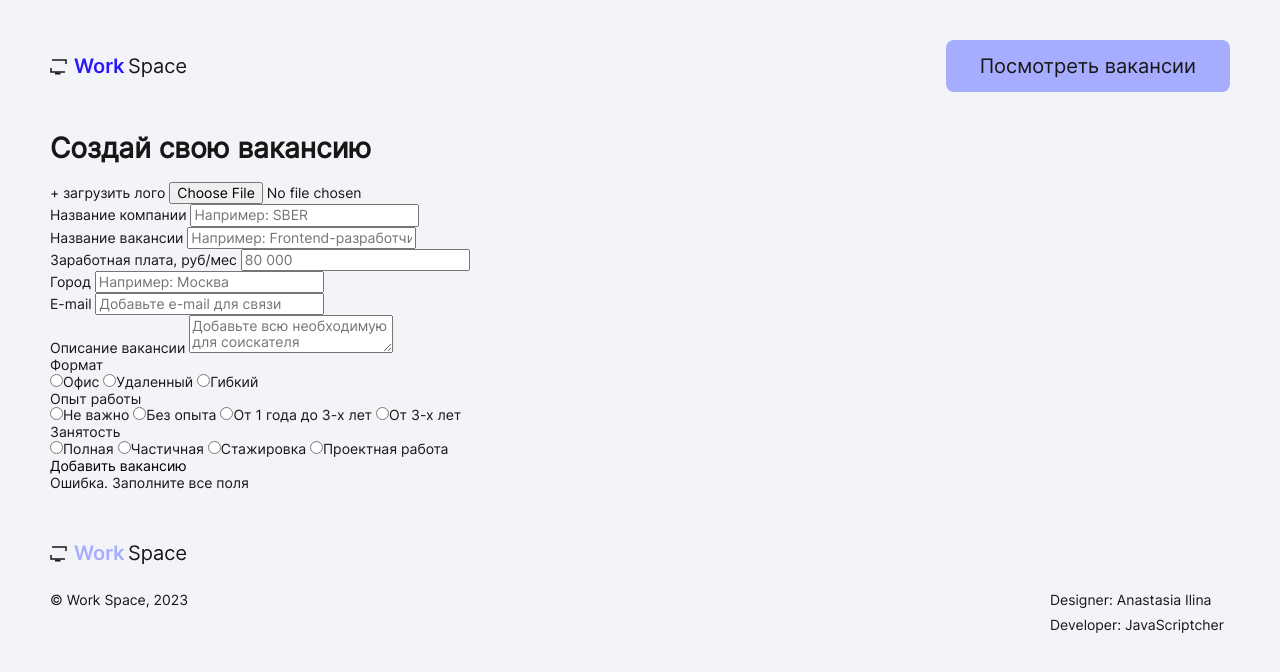
Repository: alexboagreek/workspace_js
Page: employer.html
The author's editor kept a copy of each file at every save. The page is drawn from the files as they stood at one save, then again after a run of saves.
The browser window is 1280 px wide. The pictures show the whole page.

Above is the page before, as saved 2023-09-13 07:48:52.
Console error: TypeError: Cannot read properties of null (reading 'addEventListener')

### employer.html
<!DOCTYPE html>
<html lang="ru">
  <head>
    <meta charset="UTF-8" />
    <meta name="viewport" content="width=device-width, initial-scale=1.0" />
    <title>Workspace - добавить вакансию</title>

    <link rel="stylesheet" href="index.css" />

    <script src="js/choices.min.js" defer></script>
    <script src="js/script.js" defer></script>
  </head>

  <body>
    <header class="header">
      <div class="container header__container">
        <img class="header__logo" src="img/logo.svg" alt="Логитип WorkSpace" />

        <a class="header__link" href="#vacancies">Посмотреть вакансии</a>
      </div>
    </header>

    <main>
      <section class="employer">
        <div class="container">
          <h1 class="employer__title">Создай свою вакансию</h1>

          <form class="employer__form">
            <div class="employer__file file">
              <div class="file__wrap-preview">
                <img src="#" alt="" class="file__preview" />
              </div>

              <div class="file__wrap-btn">
                <label for="logo" class="file__label"> + загрузить лого </label>
                <input
                  name="logo"
                  type="file"
                  class="file__input"
                  id="logo"
                  accept="image/png, image/jpeg"
                />
              </div>

              <fieldset class="employer__fildset">
                <div class="employer__wrap-input">
                  <label class="employer__label" for="company"
                    >Название компании</label
                  >

                  <input
                    type="text"
                    class="employer__input"
                    id="company"
                    name="company"
                    placeholder="Например: SBER"
                  />
                </div>
              </fieldset>

              <fieldset class="employer__fieldset-input">
                <div class="employer__wrap-input">
                  <label class="employer__label" for="title"
                    >Название вакансии</label
                  >

                  <input
                    type="text"
                    class="employer__input"
                    id="title"
                    name="title"
                    placeholder="Например: Frontend-разработчик"
                  />
                </div>
              </fieldset>

              <fieldset class="employer__fildset">
                <div class="employer__wrap-input">
                  <label class="employer__label" for="salary"
                    >Заработная плата, руб/мес</label
                  >

                  <input
                    type="number"
                    class="employer__input"
                    id="salary"
                    name="salary"
                    placeholder="80 000"
                  />
                </div>
              </fieldset>

              <fieldset class="employer__fildset">
                <div class="employer__wrap-input">
                  <label class="employer__label" for="location">Город</label>

                  <input
                    type="text"
                    class="employer__input"
                    id="location"
                    name="location"
                    placeholder="Например: Москва"
                  />
                </div>
              </fieldset>

              <fieldset class="employer__fildset">
                <div class="employer__wrap-input">
                  <label class="employer__label" for="email">E-mail</label>

                  <input
                    type="email"
                    class="employer__input"
                    id="email"
                    name="email"
                    placeholder="Добавьте e-mail для связи"
                  />
                </div>
              </fieldset>
            </div>

            <fieldset class="employer__fieldset-textarea">
              <label class="employer__label" for="description"
                >Описание вакансии</label
              >

              <textarea
                class="employer__textarea"
                name="description"
                id="description"
                placeholder="Добавьте всю необходимую для соискателя информацию"
              ></textarea>
            </fieldset>

            <div class="employer__radio-buttons">
              <fieldset class="employer__fieldset-radio">
                <legend class="employer__legend">Формат</legend>

                <label class="employer__label-radio radio">
                  <input
                    type="radio"
                    class="radio__input"
                    name="format"
                    value="Офис"
                  />Офис
                </label>

                <label class="employer__label-radio radio">
                  <input
                    type="radio"
                    class="radio__input"
                    name="format"
                    value="Удаленный"
                  />Удаленный
                </label>

                <label class="employer__label-radio radio">
                  <input
                    type="radio"
                    class="radio__input"
                    name="format"
                    value="Гибкий"
                  />Гибкий
                </label>
              </fieldset>

              <fieldset class="employer__fieldset-radio">
                <legend class="employer__legend">Опыт работы</legend>

                <label class="employer__label-radio radio">
                  <input
                    type="radio"
                    class="radio__input"
                    name="experience"
                    value="Не важно"
                  />Не важно
                </label>

                <label class="employer__label-radio radio">
                  <input
                    type="radio"
                    class="radio__input"
                    name="experience"
                    value="Без опыта"
                  />Без опыта
                </label>

                <label class="employer__label-radio radio">
                  <input
                    type="radio"
                    class="radio__input"
                    name="experience"
                    value="От 1 года до 3-х лет"
                  />От 1 года до 3-х лет
                </label>

                <label class="employer__label-radio radio">
                  <input
                    type="radio"
                    class="radio__input"
                    name="experience"
                    value="От 3-х лет"
                  />От 3-х лет
                </label>
              </fieldset>

              <fieldset class="employer__fieldset-radio">
                <legend class="employer__legend">Занятость</legend>

                <label class="employer__label-radio radio">
                  <input
                    type="radio"
                    class="radio__input"
                    name="type"
                    value="Полная"
                  />Полная
                </label>

                <label class="employer__label-radio radio">
                  <input
                    type="radio"
                    class="radio__input"
                    name="type"
                    value="Частичная"
                  />Частичная
                </label>

                <label class="employer__label-radio radio">
                  <input
                    type="radio"
                    class="radio__input"
                    name="type"
                    value="Стажировка"
                  />Стажировка
                </label>

                <label class="employer__label-radio radio">
                  <input
                    type="radio"
                    class="radio__input"
                    name="type"
                    value="Проектная работа"
                  />Проектная работа
                </label>
              </fieldset>
            </div>

            <div class="employer__wrap-submit">
              <button class="employer__submit" type="submit">Добавить вакансию</button>
              <div class="employer__error">Ошибка. Заполните все поля</div>
            </div>
          </form>
        </div>
      </section>
    </main>

    <footer class="footer">
      <div class="container footer__container">
        <img
          class="footer__logo"
          src="img/logo-footer.svg"
          alt="Логотип WorkSpace"
        />

        <p class="footer__copyright">© Work Space, 2023</p>

        <ul class="footer__contacts">
          <li class="footer__contact">
            Designer:
            <a class="footer__link" href="#">Anastasia Ilina</a>
          </li>
          <li class="footer__contact">
            Developer:
            <a class="footer__link" href="#">JavaScriptcher</a>
          </li>
        </ul>
      </div>
    </footer>
  </body>
</html>

### index.css
@import "style/normalize.css";
@import "style/choices.min.css";
@import "style/style.css";
@import "style/header.css";
@import "style/hero.css";
@import "style/vacancies.css";
@import "style/filter.css";
@import "style/choices.css";
@import "style/checkbox.css";
@import "style/cards.css";
@import "style/vacancy.css";
@import "style/footer.css";
@import "style/modal.css";
@import "style/detail.css";

### style/style.css
@font-face {
  font-family: Inter;
  font-weight: 400;
  src: url("../fonts/inter-regular.woff2") format("woff2"),
    url("../fonts/inter-regular.woff") format("woff");
}

html {
  scroll-behavior: smooth;
  position: relative;
  box-sizing: border-box;
}

*,
*:before,
*:after {
  box-sizing: inherit;
}

body {
  min-width: 320px;
  min-height: 100vh;
  font-family: Inter, sans-serif;
  font-size: 14px;
  color: #171717;
  background-color: #f3f4f8;
  line-height: 1.2;
}

img,
svg {
  max-width: 100%;
  max-height: 100%;
  height: auto;
}

button {
  padding: 0;
  border: 0;
  cursor: pointer;
  background-color: transparent;
}

a {
  text-decoration: none;
  color: inherit;
}

ul {
  padding: 0;
  margin: 0;
  list-style: none;
}

h1,
h2,
h3,
p {
  margin: 0;
}

fieldset {
  padding: 0;
  margin: 0;
  border: 0;
}

.visually-hidden {
  position: fixed;
  transform: scale(0);
}

.container {
  --width: 1180px;
  --padding: 30px;
  max-width: calc(var(--width) + var(--padding) * 2);
  margin: 0 auto;
  padding: 0 var(--padding);
}

.blue-text {
  color: #2a18ff;
}

@media (max-width: 1140px) {
  .container {
    --width: 880px;
  }
}

@media (max-width: 940px) {
  .container {
    --width: 680px;
  }
}

@media (max-width: 640px) {
  .container {
    --padding: 15px;
  }
}

### style/header.css
.header {
  padding: 40px 0;
}

.header__container {
  display: flex;
  align-items: center;
  justify-content: space-between;
}

.header__links {
  display: flex;
  gap: 8px;
  flex-wrap: wrap;
}

.header__link {
  padding: 12px 32px;
  border-radius: 8px;
  background-color: #a6adff;
  font-size: 20px;
  border: 2px solid transparent;
  transition-property: color, background-color;
  transition-duration: 0.2s;
  transition-timing-function: ease-in-out;
}

.header__link_o {
  background-color: transparent;
  border: 2px solid #A6ADFF;
}

.header__link:focus-visible {
  border-color: #4f58be;
}

.header__link:hover {
  color: #fff;
  background-color: #2a18ff;
}

@media (max-width: 1140px) {
  .header {
    padding: 32px 0 40px;
  }
}

@media (max-width: 940px) {
  .header {
    padding: 24px 0 30px;
  }

  .header__link {
    padding: 8px 23px;
    font-size: 14px;
  }
}

@media (max-width: 640px) {
  .header {
    padding: 24px 0 20px;
  }

  .header__link {
    display: none;
  }
}

### style/hero.css
.hero {
  padding: 60px 0 50px;
}

.hero__container {
  position: relative;
  padding-top: 57px;
  padding-bottom: 57px;
}

.hero__container:after {
  content: "";
  position: absolute;
  right: -9px;
  top: 0;
  bottom: 0;
  width: 421px;
  background: url("../img/laptop.png") no-repeat center/contain;
}

.hero__title {
  position: relative;
  z-index: 2;
  max-width: 780px;
  font-size: 90px;
  letter-spacing: 1.8px;
  text-transform: uppercase;
}

@media (max-width: 1140px) {
  .hero {
    padding: 40px 0;
  }

  .hero__container {
    padding-top: 53px;
    padding-bottom: 53px;
  }

  .hero__container:after {
    width: 340px;
  }

  .hero__title {
    max-width: 580px;
    font-size: 64px;
    letter-spacing: 1.28px;
  }
}

@media (max-width: 940px) {
  .hero {
    padding: 30px 0;
  }

  .hero__container {
    padding-top: 40px;
    padding-bottom: 40px;
  }

  .hero__container:after {
    width: 269px;
  }

  .hero__title {
    max-width: 450px;
    font-size: 52px;
    letter-spacing: 1.04px;
  }
}

@media (max-width: 640px) {
  .hero {
    padding-top: 20px;
    padding-bottom: 10px;
  }

  .hero__container {
    padding-top: 0;
    padding-bottom: 234px;
  }

  .hero__title {
    max-width: 290px;
    text-align: center;
    margin: 0 auto;
    font-size: 32px;
  }

  .hero__container:after {
    right: auto;
    top: auto;
    height: 269px;
    left: 50%;
    transform: translateX(-50%);
    background-position: bottom;
  }
}

### style/vacancies.css
.vacancies {
  padding: 50px 0;
}

.vacancies__container {
  display: flex;
  align-items: start;
  gap: 24px 20px;
}

.vacancies__filter-btn {
  display: none;
}

.vacancies__filter {
  flex: 0 0 280px;
}

.vacancies__cards {
  flex-basis: 100%;
}

@media (max-width: 1140px) {
  .vacancies {
    padding: 40px 0;
  }
}

@media (max-width: 940px) {
  .vacancies {
    padding: 30px 0;
  }

  .vacancies__container {
    flex-direction: column;
    row-gap: 0;
  }

  .vacancies__filter-btn {
    display: flex;
    align-items: center;
    margin-bottom: 24px;
    transition-property: margin-bottom, color;
    transition-duration: 0.2s, 0.3s;
    transition-timing-function: ease-in-out;
    transition-delay: 0.2s, 0s;
    color: #2a18ff;
    line-height: 20px;
  }

  .vacancies__filter-btn:hover:not(:focus) {
    color: #a6adff;
  }

  .vacancies__filter-btn-arrow {
    position: relative;
    top: -2px;
    display: block;
    width: 20px;
    height: 20px;
  }

  .vacancies__filter-btn_active {
    margin-bottom: 32px;
    transition-delay: 0s;
  }

  .vacancies__filter-btn_active .vacancies__filter-btn-arrow {
    transform: rotate(180deg);
    top: 2px;
  }

  .vacancies__filter {
    width: 100%;
    flex-basis: auto;
    height: 0;
    overflow: hidden;
    transition: height 0.4s ease-in-out;
  }

  .vacancies__filter_active {
    height: auto;
    margin-bottom: 40px;
  }

  .vacancies__cards {
    width: 100%;
  }
}

@media (max-width: 640px) {
  .vacancies__filter-btn_active {
    margin-bottom: 24px;
  }
}

### style/filter.css
.filter {
  position: relative;
}

.filter__reset {
  position: absolute;
  top: 7px;
  right: 0;
  color: #ccc;
}

.filter__title {
  font-size: 20px;
  font-weight: 400;
  margin-bottom: 32px;
}

.filter__form {
  display: flex;
  flex-direction: column;
  gap: 32px;
}

.filter__fieldset {
  display: flex;
  flex-direction: column;
  align-items: start;
}

.filter__legend {
  margin-bottom: 12px;
}

.filter__select {
  width: 100%;
}

.filter__range {
  display: flex;
  align-items: center;
  justify-content: space-between;
  gap: 10px;
}

.filter__label:not(:last-child) {
  margin-bottom: 8px;
}

.filter__input {
  flex: 1 1 50%;
  width: 100%;
  padding: 0 16px;
  height: 32px;
  border: 0;
}

.filter__input::placeholder {
  color: #ccc;
}

.filter__checkboxes {
  display: flex;
  flex-direction: column;
  gap: 32px;
}

.filter__button {
  padding: 8px 24px;
  border-radius: 4px;
  background-color: #a6adff;
  border: 2px solid transparent;
  transition-property: color, background-color;
  transition-duration: 0.2s;
  transition-timing-function: ease-in-out;
}

.filter__button:focus-visible {
  border-color: #4f58be;
}

.filter__button:hover {
  color: #fff;
  background-color: #2a18ff;
}

@media (max-width: 940px) {
  .filter__title {
    position: fixed;
    transform: scale(0);
  }

  .filter__input {
    max-width: 140px;
  }

  .filter__checkboxes {
    display: grid;
    grid-template-columns: repeat(auto-fit, minmax(180px, 1fr));
    gap: 24px 70px;
  }

  .filter__buttons {
    display: flex;
    gap: 16px;
    align-items: center;
  }

  .filter__reset {
    position: static;
  }
}

### style/choices.css
.choices {
  width: 100%;
}

.choices__inner {
  background-color: #fff;
  padding: 6px 16px;
  min-height: 32px;
  border: 0;
}

.choices__list--single {
  padding: 0;
}

.choices[data-type*="select-one"]::after {
  width: 20px;
  height: 20px;
  background: url("../img/arrow.svg") no-repeat center/contain;
  border: 0;
  top: 6px;
  right: 16px;
  margin-top: 0;
}

.choices[data-type*="select-one"].is-open::after {
  transform: rotate(180deg);
  margin-top: 0;
}

### style/checkbox.css
.checkbox {
  position: relative;
  display: block;
  line-height: 20px;
  padding-left: 28px;
}

.checkbox__input {
  -webkit-appearance: none;
  -moz-appearance: none;
  appearance: none;
  position: absolute;
  width: 20px;
  height: 20px;
  left: 0;
  top: 0;
  bottom: 0;
  background-color: #fff;
  border-radius: 4px;
}

.checkbox__input:after {
  content: "";
  position: absolute;
  inset: 0;
  display: block;
  background: url("../img/check.svg") no-repeat center;
  opacity: 0;
  transition: opacity 0.2s ease-in-out;
}

.checkbox__input:checked:after {
  opacity: 1;
}

.checkbox__input:focus-visible {
  outline: none;
  box-shadow: 0px 2px 10px rgba(0, 0, 0, 0.25);
}

.checkbox__input:hover:not(:disabled) {
  box-shadow: 0px 2px 10px rgba(166, 173, 255, 0.55);
}

.checkbox__input:disabled {
  background-color: #ccc;
}

### style/cards.css
.cards__list {
  display: grid;
  grid-template-columns: repeat(auto-fit, minmax(280px, 1fr));
  gap: 20px;
}

@media (max-width: 940px) {
  .cards__list {
    grid-template-columns: repeat(auto-fit, minmax(220px, 1fr));
    gap: 10px;
  }
}

### style/vacancy.css
.vacancy {
  border-radius: 16px;
  background-color: #fff;
  padding: 16px;
  height: 100%;
  cursor: pointer;
  outline: none;
  border: 2px solid transparent;
}

.vacancy:hover {
  background-color: #f9faff;
}

.vacancy:focus-visible {
  border-color: #a6adff;
}

.vacancy__img {
  max-height: 44px;
  margin-bottom: 12px;
  display: block;
}

.vacancy__company {
  font-size: 20px;
  margin-bottom: 8px;
}

.vacancy__title {
  display: inline-block;
  padding: 3px 5px;
  font-size: 14px;
  font-weight: 400;
  border-radius: 4px;
  background-color: #eaecff;
  margin-bottom: 8px;
}

.vacancy__field {
  color: #ccc;
}

### style/footer.css
.footer {
  padding: 50px 0 40px;
}

.footer__container {
  display: grid;
  gap: 27px;
  grid-template-areas:
    "logo ."
    "copyright contacts";
}

.footer__logo {
  grid-area: logo;
}

.footer__copyright {
  grid-area: copyright;
}

.footer__contacts {
  grid-area: contacts;
  justify-self: end;
  min-width: 180px;
}

.footer__contact {
  margin-bottom: 8px;
}

.footer__contact:last-child {
  margin-bottom: 0;
}

.footer__link:hover {
  color: brown;
}

@media (max-width: 1140px) {
  .footer {
    padding: 40px 0 32px;
  }
}

@media (max-width: 940px) {
  .footer {
    padding: 30px 0 24px;
  }
}

@media (max-width: 640px) {
  .footer {
    padding-top: 20px;
  }

  .footer__container {
    grid-template-areas:
      "logo"
      "copyright"
      "contacts";
  }

  .footer__contacts {
    justify-self: start;
  }
}

### style/modal.css
.modal {
  position: fixed;
  z-index: 10;
  inset: 0;
  background-color: rgba(0, 0, 0, 0.5);
  cursor: pointer;
  padding: 30px;
  overflow-y: auto;
  display: flex;
}

.modal__main {
  position: relative;
  margin: auto;
  cursor: default;
}

.modal__close {
  background-color: transparent;
  border: none;
  cursor: pointer;
  position: absolute;
  top: 12px;
  right: 12px;
  padding: 0;
  line-height: 0;
  outline: 1px solid transparent;
  border-radius: 3px;
}

.modal__close:focus-visible {
  outline-color: gray;
}

@media (max-width: 640px) {
  .modal {
    padding: 30px 15px;
  }
}

### style/detail.css
.detail {
  max-width: 780px;
  border-radius: 16px;
  box-shadow: 0px 10px 50px 0px rgba(4, 0, 49, 0.1);
  background: #fff url("../img/likemen.png") no-repeat bottom right;
  background-size: 150px;
  padding: 36px 36px 80px;
}

.detail__header {
  display: grid;
  grid-template-columns: 101px 1fr;
  gap: 12px 20px;
  margin-bottom: 32px;
}

.detail__logo {
  width: 100%;
  max-height: 101px;
  grid-row: 1 / 3;
  align-self: center;
  justify-self: start;
}

.detail__company {
  font-size: 32px;
  letter-spacing: 0.64px;
  align-self: end;
  justify-self: start;
}

.detail__title {
  font-size: 20px;
  font-weight: 400;
  align-self: start;
  justify-self: start;
  border-radius: 4px;
  background-color: #eaecff;
  padding: 5px 10px;
}

.detail__main {
  display: flex;
  gap: 20px;
  margin-bottom: 32px;
}

.detail__description {
  max-width: 465px;
  line-height: 1.4;
}

.detail__fields {
  display: flex;
  flex-direction: column;
  align-items: start;
  gap: 4px;
}

.detail__field {
  padding: 3px 10px;
  border-radius: 30px;
  background-color: #eaecff;
}

.detail__resume {
  line-height: 1.4;
}

@media (max-width: 940px) {
  .detail {
    max-width: 680px;
    padding: 24px 24px 72px;
  }

  .detail__main {
    gap: 10px;
  }

  .detail__description {
    max-width: 418px;
  }
}

@media (max-width: 640px) {
  .detail {
    padding: 24px 15px;
    background-image: none;
  }

  .detail__header {
    grid-template-columns: 60px 1fr;
    gap: 4px 8px;
    margin-bottom: 24px;
  }

  .detail__company {
    font-size: 20px;
    letter-spacing: 0.4px;
  }

  .detail__title {
    font-size: 12px;
  }

  .detail__main {
    flex-direction: column;
    gap: 24px;
    margin-bottom: 24px;
  }

  .detail__description {
    max-width: 100%;
  }
}

Loaded but not shown: js/choices.min.js (library); style/normalize.css (library); style/choices.min.css (library); js/script.js (300 lines, source omitted)

After the next 2 saves:
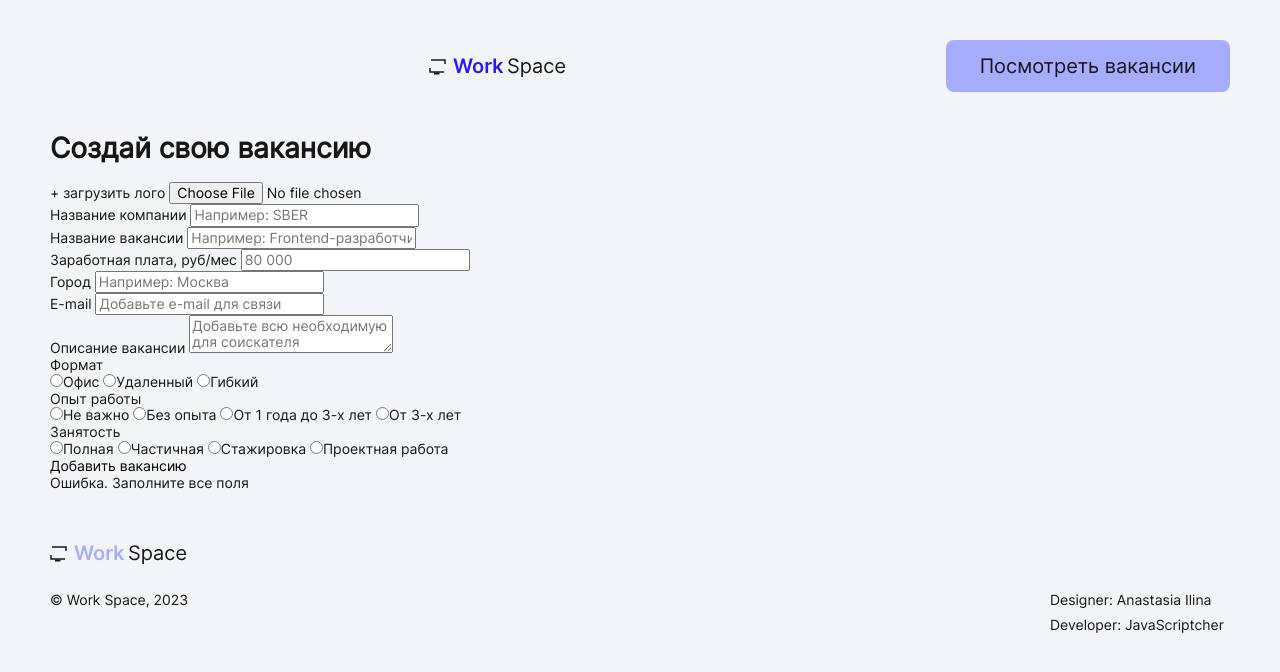
The 2 saves are shown as one change because they came seconds apart.
The last was saved 70 s later.
--- a/employer.html
+++ b/employer.html
@@ -14,6 +14,7 @@
   <body>
     <header class="header">
       <div class="container header__container">
+        <a href=""></a>
         <img class="header__logo" src="img/logo.svg" alt="Логитип WorkSpace" />
 
         <a class="header__link" href="#vacancies">Посмотреть вакансии</a>
